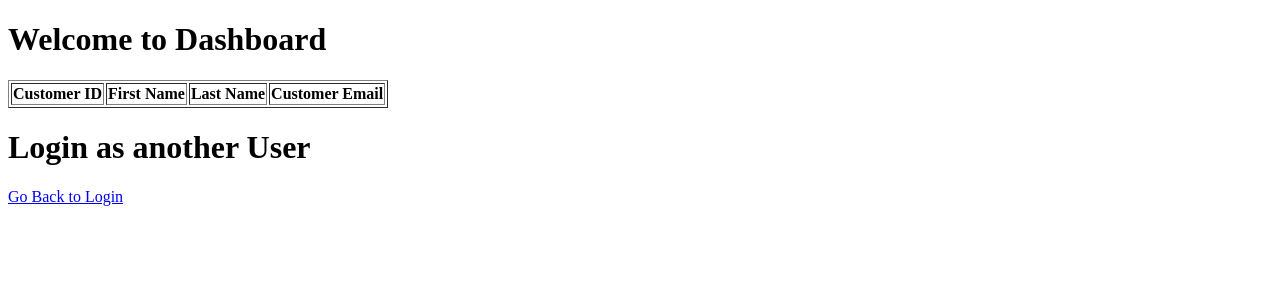
Repository: sach7691/eclipse-projects
Page: http://localhost/customer-management-application/dashboard.jsp
The author's editor kept a copy of each file at every save. The page is drawn from the files as they stood at one save, then again after the next save.
The browser window is 1280 px wide. The pictures show the whole page.
The page is served by Tomcat 9. Other server files are loaded and not shown. The template is opened directly, without the code that normally fills it, so the values that code supplies are empty.

Above is the page before, as saved 2022-08-11 22:49:23.

### customer-management-application/src/main/webapp/dashboard.jsp
<%@ page language="java" contentType="text/html; charset=ISO-8859-1"
    pageEncoding="ISO-8859-1"%>
<!DOCTYPE html>
<%@ taglib uri="http://java.sun.com/jsp/jstl/core" prefix="c" %>
<%@ page import="java.util.List" %>
<%@page import="com.ab.models.Customer" %>

<html>
<head>
<meta charset="ISO-8859-1">
<title>dashboard</title>
</head>
<body>
<%
List<Customer> cus = (List<Customer>)session.getAttribute("cList");
%>
<h1>Welcome to Dashboard</h1>
<a href="http://localhost:8080/customer-management-application/listRegisteredCustomersServlet" method ="GET"></a>


<table border="1">
  <tr>
    <th>Customer ID</th>
    <th>First Name</th>
    <th>Last Name</th>
    <th>Customer Email</th>
  </tr>
    <c:forEach items="${cList}" var="c">
        <tr>
            <td><c:out value="${c.customerId}" /></td>
            <td><c:out value="${c.firstName}" /></td>
            <td><c:out value="${c.lastName}" /></td>
            <td><c:out value="${c.customerEmail}" /></td>
        </tr>
    </c:forEach>
</table>

<h1>Login as another User</h1>
<a href="login.jsp">Go Back to Login</a>





</body>
</html>

After the next save:
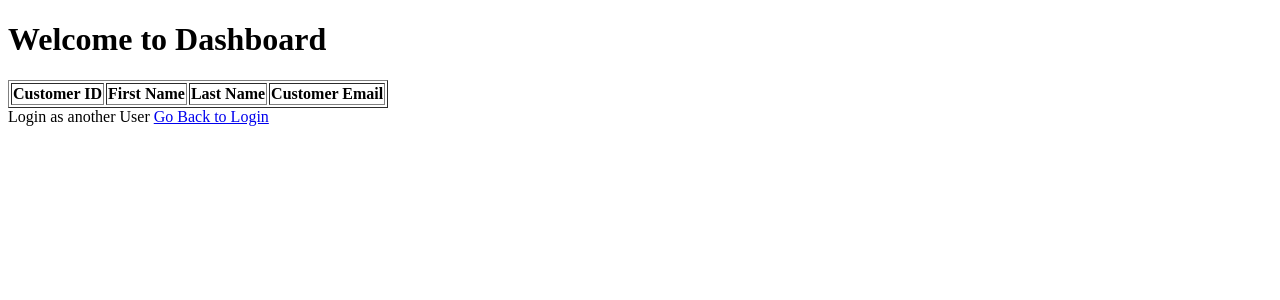
Saved 29 s later.
--- a/customer-management-application/src/main/webapp/dashboard.jsp
+++ b/customer-management-application/src/main/webapp/dashboard.jsp
@@ -35,7 +35,7 @@
     </c:forEach>
 </table>
 
-<h1>Login as another User</h1>
+<label>Login as another User</label>
 <a href="login.jsp">Go Back to Login</a>
 
 
